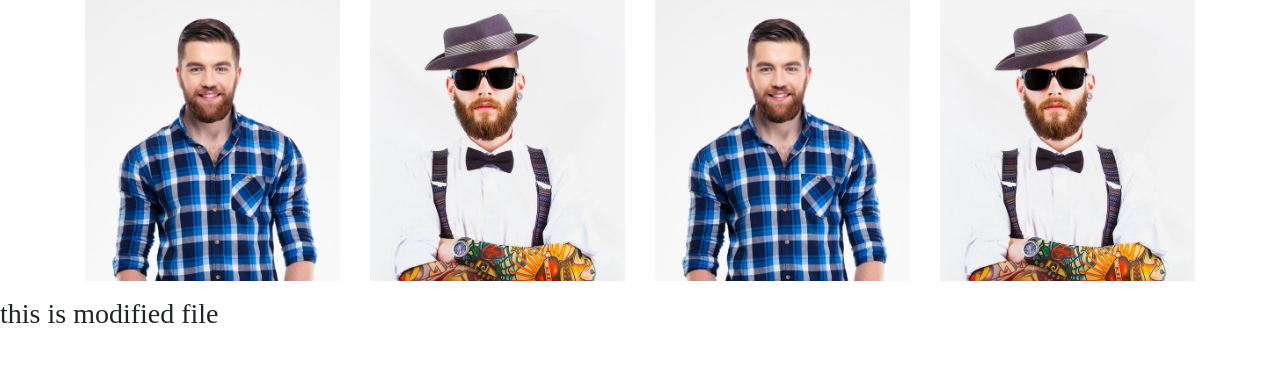
Repository: abdallahgad0000/RouteTeam
Page: index.html
These files come from the project's save history. The page is drawn as it stood at one moment and after a run of saves; the edit follows.
The browser window is 1280 px wide. The pictures show the whole page.

Above is the page before, as saved 2020-12-26 10:54:18.

After the next 5 saves:
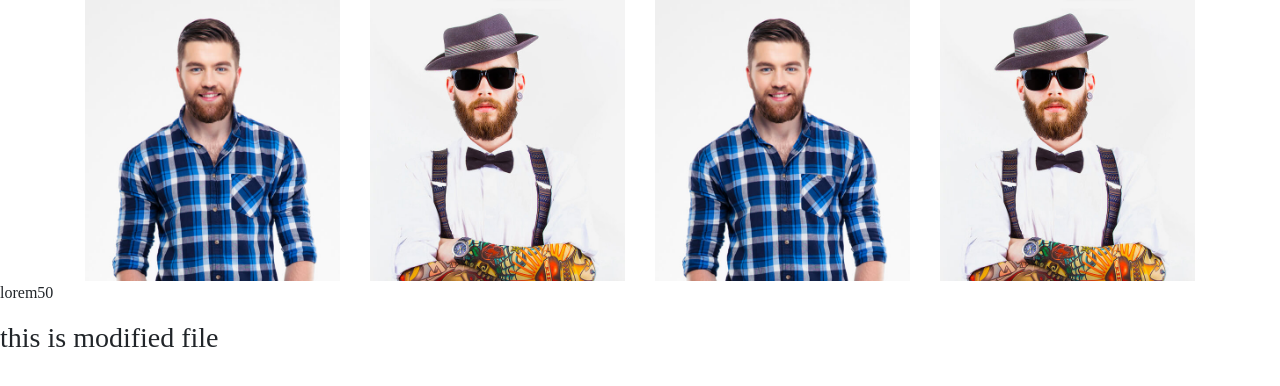
The 5 saves are shown as one change because they came seconds apart.
The last was saved 17 s later.
--- a/index.html
+++ b/index.html
@@ -35,7 +35,8 @@
      </section>
     <!--end of section 1-->
 
-    <p>
+    <p> lorem50
+       </p>
     <h3> this is modified file</h3>
 
     <script src="js/main.js"></script>
